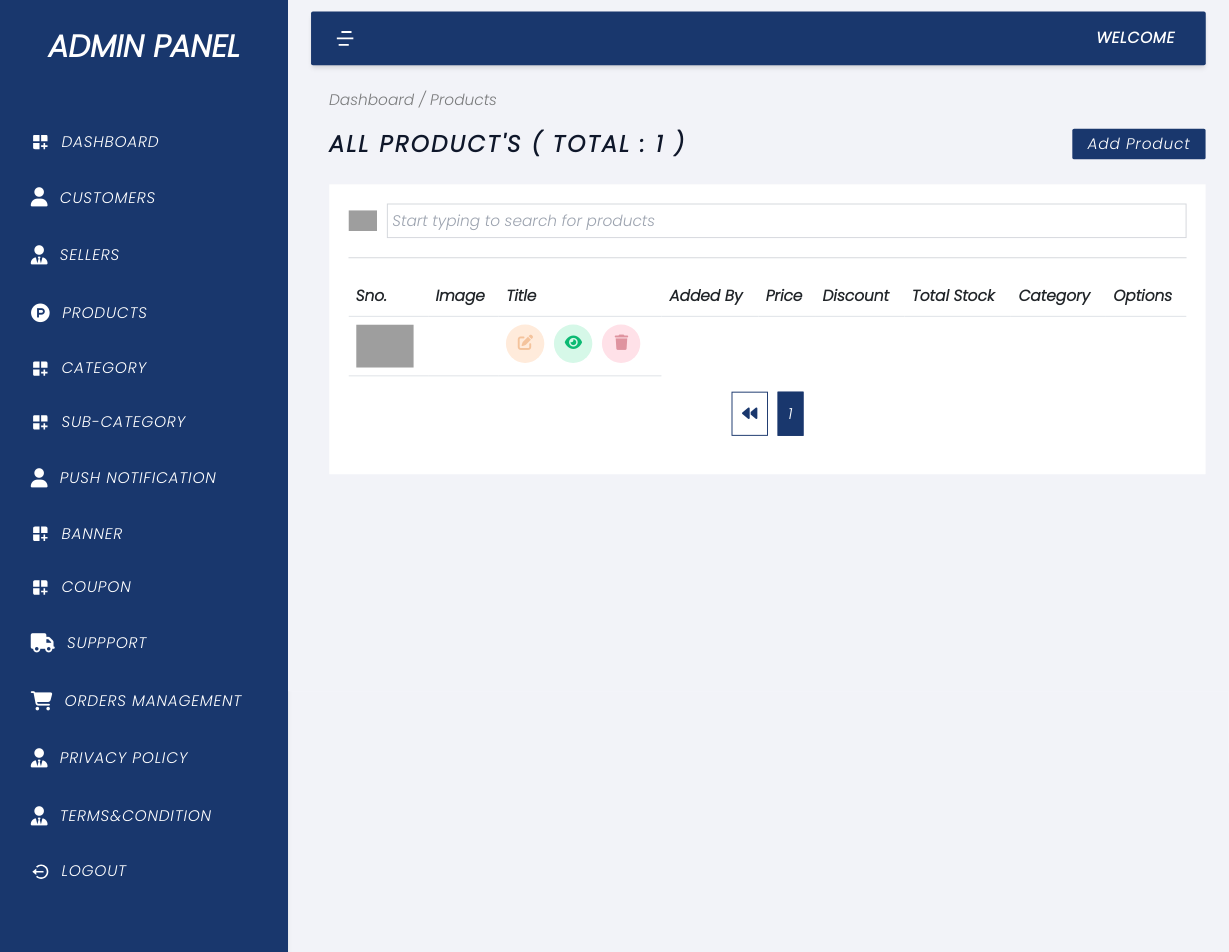
Repository: shishpal2000/admin.aschpro
Page: /Product
An editor plug-in stored every save of this project. The page is shown before and after the next save, followed by the edit.
The browser window is 1280 px wide. The pictures show the whole page, at 96% of full size.
Pictures or frames that could not be fetched are drawn as grey boxes. Some web libraries are served in a nearby version. The project was rebuilt for these pictures with package versions that can differ from the ones it lists, and the page was loaded fresh each time. Also part of the build but not shown: src/E-CommerceAdmin/forms/Login.jsx, src/E-CommerceAdmin/pages/Dashboard.jsx, src/E-CommerceAdmin/pages/ECategory.js, src/E-CommerceAdmin/pages/EVendorList.js, src/E-CommerceAdmin/pages/EAdminOrders.js, src/E-CommerceAdmin/pages/EAdminDelivery.js, src/E-CommerceAdmin/pages/EAdminCustomer.js, src/E-CommerceAdmin/pages/ESubCategory.js and 5 more. Imported but missing from the stored project, and not drawn on this page: src/E-CommerceAdmin/pages/Complaints, src/E-CommerceAdmin/pages/Component/SpinnerComp, src/E-CommerceAdmin/pages/EAdmin, src/E-CommerceAdmin/pages/EAdminProduct, src/E-CommerceAdmin/pages/ESingleProduct, src/E-CommerceAdmin/pages/GetMeThis, src/E-CommerceAdmin/pages/HelpSupport.

Above is the page before, as saved 2023-06-28 15:21:45.

### public/index.html
<!-- @format -->

<!DOCTYPE html>
<html lang="en">
  <head>
    <meta charset="utf-8" />
    <meta name="viewport" content="width=device-width, initial-scale=1" />
    <meta name="theme-color" content="#000000" />
    <meta
      name="description"
      content="Web site created using create-react-app"
    />
    <link rel="icon" href="%PUBLIC_URL%/favicon.png" />
    <link rel="manifest" href="%PUBLIC_URL%/manifest.json" />
    <link rel="preconnect" href="https://fonts.googleapis.com">
<link rel="preconnect" href="https://fonts.gstatic.com" crossorigin>
<link href="https://fonts.googleapis.com/css2?family=Roboto+Mono:ital,wght@1,300&display=swap" rel="stylesheet">
    <title>Subharambh</title>
  </head>
  <body>
    <noscript>You need to enable JavaScript to run this app.</noscript>
    <div id="root"></div>
    <script src="https://code.jquery.com/jquery-3.6.0.min.js"></script>
    <script src="https://kit.fontawesome.com/b533b351e4.js" crossorigin="anonymous"></script>
    <script type="module" src="https://unpkg.com/ionicons@7.1.0/dist/ionicons/ionicons.esm.js"></script>
<script nomodule src="https://unpkg.com/ionicons@7.1.0/dist/ionicons/ionicons.js"></script>
  </body>
</html>

### src/E-CommerceAdmin/pages/EProduct.js
/** @format */

import React, { useEffect, useState } from "react";
import HOC from "../layout/HOC";
import { Table, Modal, Form, Button, FloatingLabel } from "react-bootstrap";
import SpinnerComp from "./Component/SpinnerComp";

const EProduct = () => {
  const [modalShow, setModalShow] = useState(false);
  const [edit, setEdit] = useState(false);
  const [query, setQuery] = useState("");

  const data = [
    {
      img: "https://rukminim1.flixcart.com/image/416/416/kq18n0w0/mobile/y/2/b/narzo-30-rmx2156-realme-original-imag45yhzhugdcqh.jpeg?q=70",
      name: "realme Narzo 30 (Racing Silver, 128 GB)  (6 GB RAM)",
      review: "4.3",
      rating: "77,509 Ratings & 6,081 Reviews",
      discount: "26% off",
      price: "12,499",
      discountedPrice: "16,999",
      features: [
        "6 GB RAM | 128 GB ROM | Expandable Upto 256 GB",
        "16.51 cm (6.5 inch) Full HD+ Display",
        "48MP + 2MP + 2MP | 16MP Front Camera ",
        "5000 mAh Battery ",
        "MediaTek Helio G95 Processor",
        "30W Charger",
      ],
      description:
        "With the realme Narzo 30, make your mobile gaming experience smooth, lag-free, and immersive. This smartphone runs on the Helio G95 Gaming Processor for intense gaming, a 90 Hz Ultra-smooth Display for smooth scrolling, and a 5000 mAh Massive Battery for hours of gaming marathons.",
      sellerName: "Seller Name",
      storeName: "Store Name",
      color: ["Red", "Black", "Green"],
      size: [""],
    },
  ];

  // Pagination
  const [currentPage2, setCurrentPage2] = useState(1);
  const [postPerPage2] = useState(10);
  const lastPostIndex2 = currentPage2 * postPerPage2;
  const firstPostIndex2 = lastPostIndex2 - postPerPage2;

  let pages2 = [];

  const TotolData = query
    ? data?.filter(
        (i) =>
          i?.product_name?.toLowerCase().includes(query?.toLowerCase()) ||
          i?.quantity?.toString()?.toLowerCase().includes(query?.toLowerCase())
      )
    : data;

  useEffect(() => {
    if (query) {
      setCurrentPage2(1);
    }
  }, [query]);

  const slicedData = TotolData?.slice(firstPostIndex2, lastPostIndex2);

  for (let i = 1; i <= Math.ceil(TotolData?.length / postPerPage2); i++) {
    pages2.push(i);
  }

  function Next() {
    setCurrentPage2(currentPage2 + 1);
  }

  function Prev() {
    if (currentPage2 !== 1) {
      setCurrentPage2(currentPage2 - 1);
    }
  }

  function MyVerticallyCenteredModal(props) {
    return (
      <Modal
        {...props}
        size="lg"
        aria-labelledby="contained-modal-title-vcenter"
        centered
      >
        <Modal.Header closeButton>
          <Modal.Title id="contained-modal-title-vcenter">
            {" "}
            {edit ? "Edit Product" : " Add New Product"}
          </Modal.Title>
        </Modal.Header>
        <Modal.Body>
          <Form>
            <div className="d-flex gap-2" style={{ alignItems: "center" }}>
              <Form.Group className="mb-3">
                <Form.Label>Product Images</Form.Label>
                <Form.Control type="file" required multiple />
              </Form.Group>

              <Button style={{ height: "40px", marginTop: "15px" }}>
                Upload
              </Button>
            </div>

            <Form.Group className="mb-3">
              <Form.Label> Product Name</Form.Label>
              <Form.Control type="text" required />
            </Form.Group>

            <Form.Group className="mb-3">
              <Form.Label>ID</Form.Label>
              <Form.Control type="number" required />
            </Form.Group>

            <Form.Group className="mb-3">
              <Form.Label>ASIN</Form.Label>
              <Form.Control type="text" required />
            </Form.Group>

            <Form.Group className="mb-3">
              <Form.Label>Description</Form.Label>
              <FloatingLabel controlId="floatingTextarea2" label="Description">
                <Form.Control
                  as="textarea"
                  placeholder="Leave a comment here"
                />
              </FloatingLabel>
            </Form.Group>

            <Form.Group className="mb-3">
              <Form.Label>Price</Form.Label>
              <Form.Control type="number" min={0} required />
            </Form.Group>

            <Form.Group className="mb-3">
              <Form.Label>Price Discount</Form.Label>
              <Form.Control type="number" min={0} required />
            </Form.Group>

            <Form.Group className="mb-3">
              <Form.Label>Bullet Text</Form.Label>
              <FloatingLabel controlId="floatingTextarea2">
                <Form.Control
                  as="textarea"
                  placeholder="Leave a comment here"
                />
              </FloatingLabel>
            </Form.Group>

            <Form.Group className="mb-3">
              <Form.Label> Category</Form.Label>
              <Form.Select aria-label="Default select example" required>
                <option>-- Select Category --</option>
              </Form.Select>
            </Form.Group>

            <Form.Group className="mb-3">
              <Form.Label>Quantity</Form.Label>
              <Form.Control type="number" min={0} required />
            </Form.Group>

            <Button className="btn" type="submit">
              Submit
            </Button>
          </Form>
        </Modal.Body>
      </Modal>
    );
  }

  // Carousel Modal

  return (
    <>
      <MyVerticallyCenteredModal
        show={modalShow}
        onHide={() => setModalShow(false)}
      />

      <p className="headP">Dashboard / Products</p>

      <div
        className="pb-4  w-full flex justify-between items-center"
        style={{ width: "98%", marginLeft: "2%" }}
      >
        <span
          className="tracking-widest text-slate-900 font-semibold uppercase"
          style={{ fontSize: "1.5rem" }}
        >
          All Product's ( Total : {data?.length} )
        </span>
        <div className="d-flex gap-1">
          <input type="file" id="excel" style={{ display: "none" }} />

          <button
            onClick={() => {
              setEdit(false);
              setModalShow(true);
            }}
            className="md:py-2 px-3 md:px-4 py-1 rounded-sm bg-[#19376d] text-white tracking-wider"
          >
            Add Product
          </button>
        </div>
      </div>

      <section className="sectionCont">
        {data?.length === 0 || !data ? (
          <SpinnerComp />
        ) : (
          <>
            <div className="filterBox">
              <img
                src="https://t4.ftcdn.net/jpg/01/41/97/61/360_F_141976137_kQrdYIvfn3e0RT1EWbZOmQciOKLMgCwG.jpg"
                alt=""
              />
              <input
                type="search"
                placeholder="Start typing to search for products"
                onChange={(e) => setQuery(e.target.value)}
              />
            </div>

            <div className="overFlowCont">
              <Table>
                <thead>
                  <tr>
                    <th>Sno.</th>
                    <th>Image</th>
                    <th>Title</th>
                    <th>Added By</th>
                    <th>Price</th>
                    <th>Discount</th>
                    <th>Total Stock</th>
                    <th>Category</th>
                    <th> Options </th>
                  </tr>
                </thead>
                <tbody>
                  {slicedData?.map((i, index) => (
                    <tr key={index}>
                      <td>
                        <img src={i.img} alt="" style={{ width: "60px" }} />
                      </td>
                      <td>

                      </td>

                      <td>
                        <span className="flexCont">
                          <i className="fa-solid fa-pen-to-square"></i>
                          <i className="fa-solid fa-eye"></i>
                          <i className="fa-sharp fa-solid fa-trash"></i>
                        </span>
                      </td>
                    </tr>
                  ))}
                </tbody>
              </Table>

              <div className="pagination">
                <button onClick={() => Prev()} className="prevBtn">
                  <i className="fa-solid fa-backward"></i>
                </button>
                {currentPage2 === 1 ? (
                  ""
                ) : (
                  <button onClick={() => setCurrentPage2(1)}>1</button>
                )}

                {pages2
                  ?.slice(currentPage2 - 1, currentPage2 + 3)
                  .map((i, index) =>
                    i === pages2?.length ? (
                      ""
                    ) : (
                      <button
                        key={index}
                        onClick={() => setCurrentPage2(i)}
                        className={currentPage2 === i ? "activePage" : ""}
                      >
                        {" "}
                        {i}{" "}
                      </button>
                    )
                  )}

                <button
                  onClick={() => setCurrentPage2(pages2?.length)}
                  className={
                    currentPage2 === pages2?.length ? "activePage" : ""
                  }
                >
                  {" "}
                  {pages2?.length}{" "}
                </button>

                {currentPage2 === pages2?.length ? (
                  ""
                ) : (
                  <button onClick={() => Next()} className="nextBtn">
                    {" "}
                    <i className="fa-sharp fa-solid fa-forward"></i>
                  </button>
                )}
              </div>
            </div>
          </>
        )}
      </section>
    </>
  );
};

export default HOC(EProduct);

### src/E-CommerceAdmin/layout/HOC.jsx
/** @format */

import React, { useState } from "react";
import Navbar from "./Navbar";
import Sidebar from "./Sidebar";

const HOC = (Wcomponenet) => {
  return function Component() {
    const [hamb, setHamb] = useState(false);
    return (
      <>
        <section
          className="flex overflow-x-hidden relative "
          style={{ backgroundColor: "#f2f3f8" }}
        >
          {/* Sidebar */}
          <div
            className={
              hamb
                ? " absolute top-0 z-30 md:w-auto shadow-md bg-slate-200  w-60 transition-all md:-left-full left duration-150  h-auto overflow-y-auto  left-0 "
                : " md:w-72 z-30 bg-slate-200  shadow-md  md:static absolute top-0 -left-full   transition-all duration-150  overflow-y-auto h-auto"
            }
            style={{ minWidth: "300px" }}
          >
            <Sidebar hamb={hamb} setHamb={setHamb} />
          </div>
          {/* Components & Navbar */}
          <div
            className={
              hamb
                ? " transition-all px-4 py-2  duration-150 w-full h-screen"
                : " w-full h-screen  px-4 py-2   z-50 transition-all duration-150 "
            }
            style={{ backgroundColor: "#f2f3f8" }}
          >
            <Navbar hamb={hamb} setHamb={setHamb} />
            <div className="my-6 text-#000 h-[87%] wcomp overflow-y-auto">
              {" "}
              <Wcomponenet />
            </div>
          </div>
        </section>
      </>
    );
  };
};

export default HOC;

### src/E-CommerceAdmin/layout/Navbar.jsx
/** @format */

import { RiMenu4Line } from "react-icons/ri";

const Navbar = ({ hamb, setHamb }) => {
  const AdminName = localStorage.getItem("AdminName")
  return (
    <>
      <div
        className={
          hamb
            ? "flex  w-full justify-between  my-1 rounded-sm  p-4 py-3 shadow-md items-center  bg-slate-200 space-x-4"
            : "flex  w-full justify-between my-1 rounded-sm  p-4 py-3 shadow-md items-center  bg-slate-200 space-x-4"
        }
        style={{ backgroundColor: "#19376d" }}
      >
        <RiMenu4Line
          onClick={() => setHamb(!hamb)}
          className="text-2xl font-bold text-gray-900 hover:scale-90 cursor-pointer"
          style={{ color: "#fff" }}
        />

        <section className="flex sm:ml-auto justify-end sm:w-full items-center space-x-2  pr-2">
          <figcaption className="tracking-wider pl-1 font-semibold">
            <div
              className="lg:text-base text-sm text-gray-900  uppercase"
              style={{ color: "#fff" }}
            >
              Welcome {AdminName}
            </div>
          </figcaption>
        </section>
      </div>
    </>
  );
};

export default Navbar;

### src/E-CommerceAdmin/layout/Sidebar.jsx
/** @format */

import React from "react";
import { RiCloseLine } from "react-icons/ri";
import { Link, useNavigate } from "react-router-dom";
import { BiLogOutCircle } from "react-icons/bi";
import { MdDashboardCustomize } from "react-icons/md";

const Sidebar = ({ hamb, setHamb }) => {
  const navigate = useNavigate();

  const nav = [
    {
      icon: <MdDashboardCustomize className="text-xl mr-3 rounded-full " />,
      link: "/dashboard ",
      name: "Dashboard",
    },

    {
      icon: (
        <i className="fa-solid fa-user text-xl mr-3 rounded-full"></i>
      ),
      link: "/Customer",
      name: "Customers",
    },
    {
      icon: <i className="fa-solid fa-user-tie text-xl mr-3 rounded-full"></i>,
      link: "/VendorList",
      name: "Sellers",
    },
    {
      icon: (
    <i className="fa-brands fa-product-hunt text-xl mr-3 rounded-full"></i>
      ),
      link: "/Product",
      name: "Products",
    },
    {
      icon: <MdDashboardCustomize className="text-xl mr-3 rounded-full " />,
      link: "/Category",
      name: "Category",
    },

    {
      icon: <MdDashboardCustomize className="text-xl mr-3 rounded-full " />,
      link: "/SubCategory",
      name: "Sub-Category",
    },
    {
      icon: <i className="fa-solid fa-user text-xl mr-3 rounded-full"></i>,
      link: "/pushNotification",
      name: "Push Notification",
    },

    {
      icon: <MdDashboardCustomize className="text-xl mr-3 rounded-full " />,
      link: "/banner",
      name: "Banner",
    },
    {
      icon: <MdDashboardCustomize className="text-xl mr-3 rounded-full " />,
      link: "/coupon",
      name: "Coupon",
    },

    {
      icon: <i className="fa-solid fa-truck  text-xl mr-3 rounded-full"></i>,
      link: "/Support",
      name: "Suppport",
    },
    {
      icon: (
        <i className="fa-solid fa-cart-shopping text-xl mr-3 rounded-full"></i>
      ),
      link: "/Orders",
      name: "Orders Management",
    },

    {
      icon: <i className="fa-solid fa-user-tie text-xl mr-3 rounded-full"></i>,
      link: "/privacy",
      name: "Privacy Policy",
    },
    {
      icon: <i className="fa-solid fa-user-tie text-xl mr-3 rounded-full"></i>,
      link: "/terms",
      name: "Terms&Condition",
    }
  ];

  const logOut = () => {
    localStorage.clear()
    navigate("/");
  };

  return (
    <>
      <aside
        className="p-4 h-auto"
        style={{ backgroundColor: "#19376d", minHeight: "100vh" }}
      >
        {/* Top */}
        <div className="w-full md:hidden relative  p-2 mb-4">
          <RiCloseLine
            onClick={() => setHamb(!hamb)}
            className="text-3xl  absolute top-2 sm:hover:rotate-[228deg] transition-transform font-bold right-2 sm:hover:text-[22px] text-[rgb(241,146,46)] cursor-pointer"
          />
        </div>{" "}
        <figure className="flex  flex-col items-center">
          <span
            className="font-bold text-[#fff]"
            style={{
              fontSize: "2rem",
              textAlign: "center",
              textTransform: "uppercase",
            }}
          >
            {" "}
            ADMIN PANEL
          </span>
        </figure>
        <nav className="py-6">
          {nav.map((nav) => {
            return (
              <Link
                to={nav.link}
                key={nav.name}
                className=""
                style={{ textDecoration: "none", textTransform: "uppercase" }}
              >
                <span
                  className="flex my-3 items-center cursor-pointer text-gray-900    tracking-wider p-2 rounded-sm"
                  style={{ color: "#FFF" }}
                >
                  {nav.icon} {nav.name}
                </span>
              </Link>
            );
          })}
          <span
            className="flex my-3 items-center cursor-pointer text-gray-900    tracking-wider p-2 rounded-sm"
            onClick={() => logOut()}
            style={{ color: "#FFF", textTransform: "uppercase" }}
          >
            <BiLogOutCircle className="text-xl mr-3 rounded-full " /> LogOut
          </span>
        </nav>
      </aside>
    </>
  );
};

export default Sidebar;

Loaded but not shown: tailwind.config.js (common file); src/App.js (69 lines, source omitted); src/index.js (15 lines, source omitted); src/index.css (496 lines, source omitted)

After the next save:
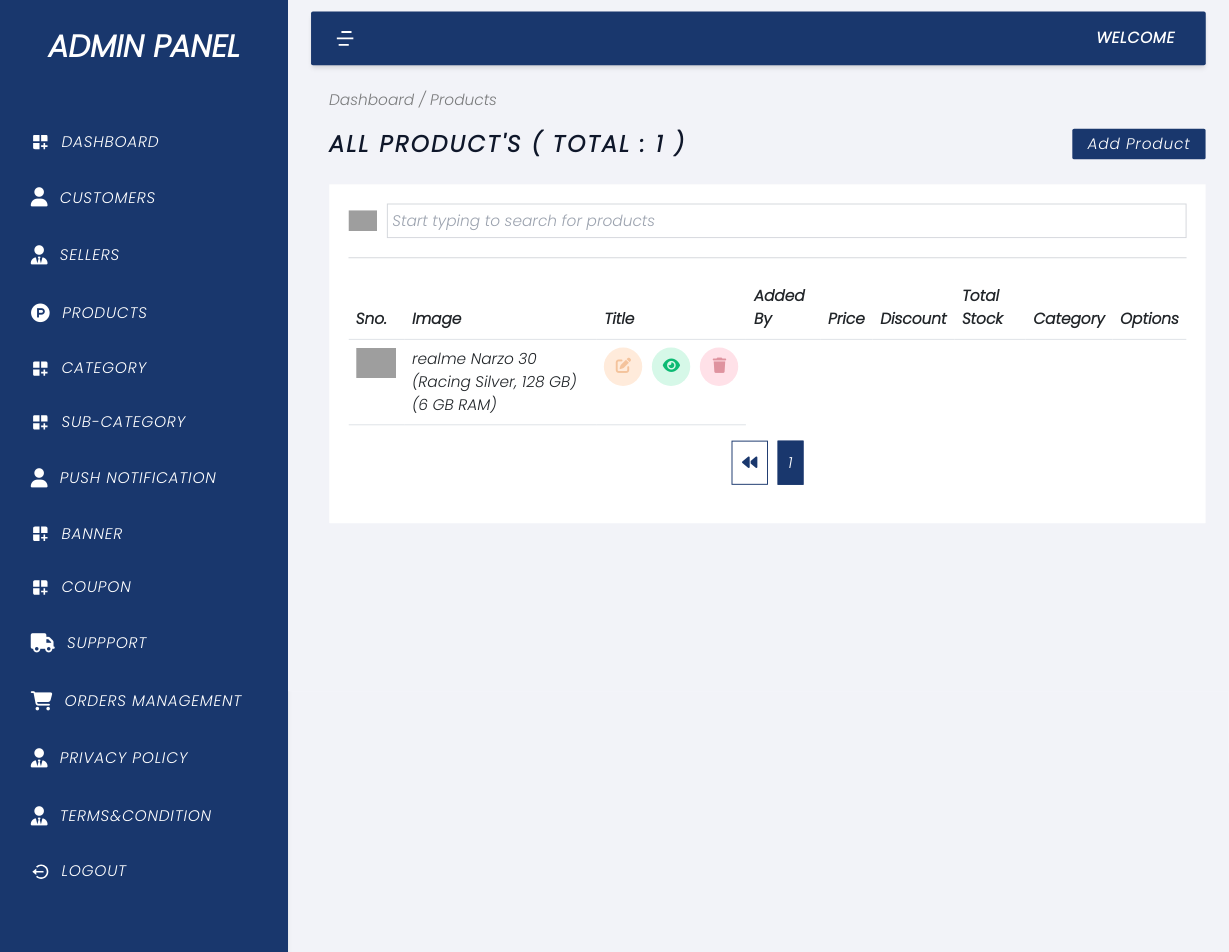
Saved 4 s later.
--- a/src/E-CommerceAdmin/pages/EProduct.js
+++ b/src/E-CommerceAdmin/pages/EProduct.js
@@ -242,7 +242,7 @@
                         <img src={i.img} alt="" style={{ width: "60px" }} />
                       </td>
                       <td>
-
+                        {i.name}
                       </td>
 
                       <td>
